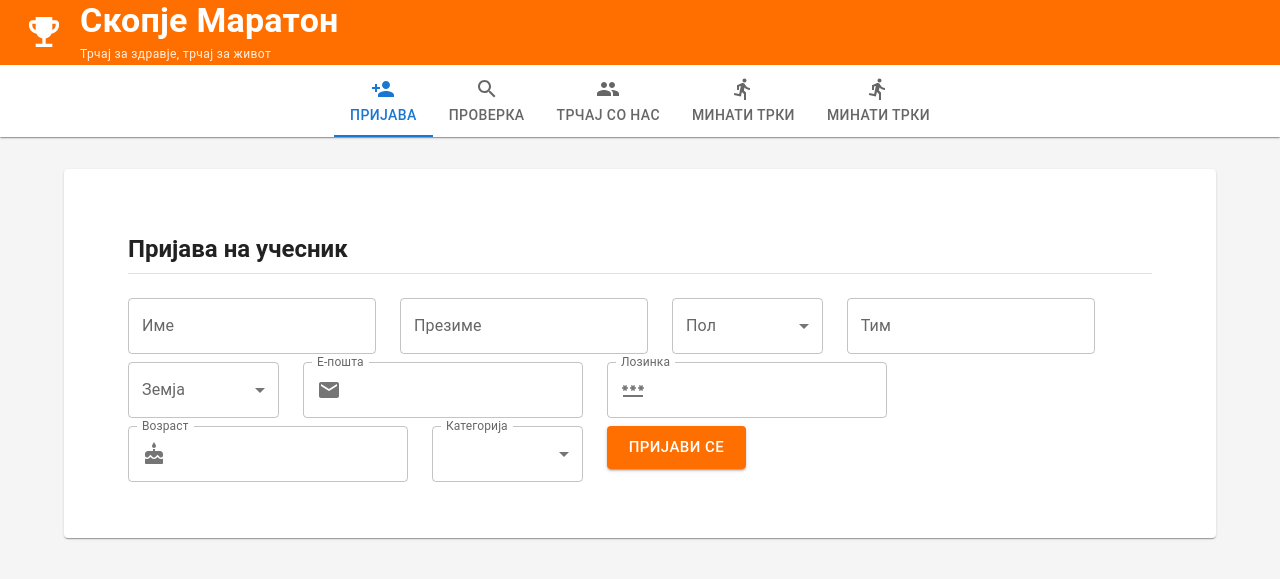
Repository: ilijana123/skopje_marathon_frontend
Page: /
These files come from the project's save history. The page is drawn as it stood at one moment and after a run of saves; the edit follows.
The browser window is 1280 px wide. The pictures show the whole page.
The page's requests for data from a server got no answer. The project was rebuilt for these pictures with package versions that can differ from the ones it lists, and the page was loaded fresh each time. No one was signed in, and anything a server would have sent is missing. Also part of the build but not shown: vite.config.ts, src/components/CheckStatusTab.tsx, src/components/ContestantTab.styles.ts, src/components/ContestantsTab.tsx, src/components/RacesTab.tsx.

Above is the page before, as saved 2025-12-25 00:48:02.

After the next 5 saves:
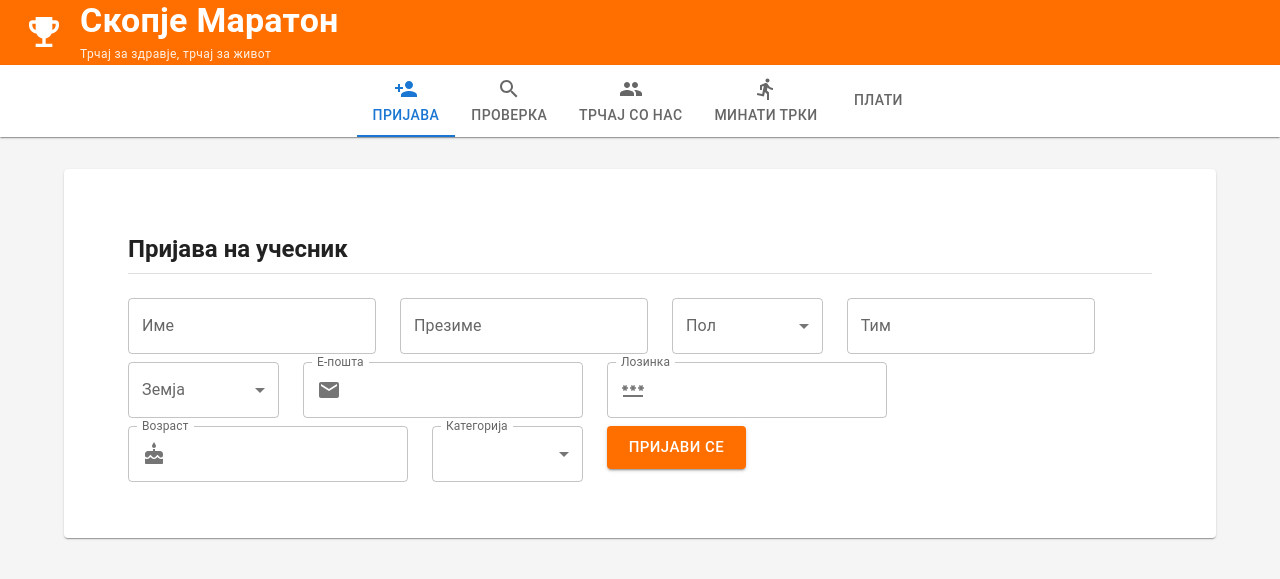
The 5 saves are shown as one change because they came seconds apart.
The last was saved 17 s later.
--- a/src/App.tsx
+++ b/src/App.tsx
@@ -46,7 +46,7 @@ const App = () => {
           <Tab icon={<Search />} label="Проверка" />
           <Tab icon={<People />} label="Трчај со нас" />
           <Tab icon={<DirectionsRun />} label="Минати трки" />
-          <Tab icon={<DirectionsRun />} label="Минати трки" />
+          <Tab label="Плати" />
         </Tabs>
       </Paper>
 
